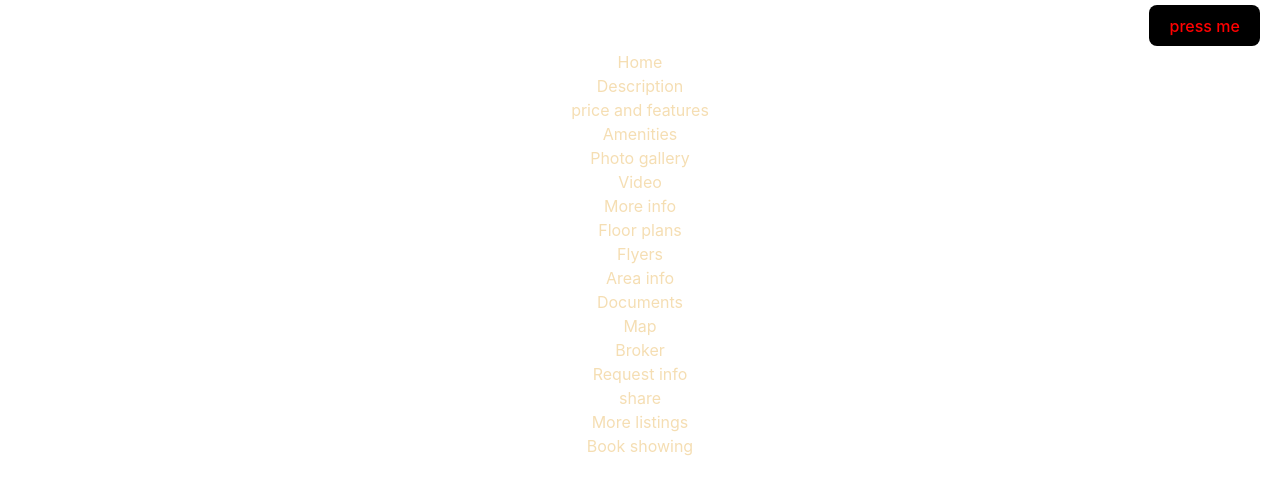
Repository: TMuse333/real-estate-landingpage
Page: /
An editor plug-in stored every save of this project. The page is shown before and after the next save, followed by the edit.
The browser window is 1280 px wide. The pictures show the whole page.
The project was rebuilt for these pictures with package versions that can differ from the ones it lists, and the page was loaded fresh each time. Also part of the build but not shown: vite.config.js.

Above is the page before, as saved 2023-09-19 16:37:52.

### src/App.jsx
import { useState } from 'react'

import './App.css'

import Navbar from './components/navbar'

function App() {


  return (
    <>
    <Navbar/>
    </>
  )
}

export default App

### src/App.css
.header-container{
  display: flex;
  justify-content: space-between;
  align-items: center;
  width: 100vw;
  position: fixed;
  top:0px;
  background-color: white;
  height: 40px;

  /* display: flex;
  justify-content: space-between;
  align-items: center;
  width: 100vw;
  position: fixed;
  top: 0px;

  height: 50px;
  z-index: -1;
  color:black; */

 }

  .nav-list{

  list-style: none;
padding: 0;
  padding-bottom: 10px;
  margin: 0;

position: absolute;
top:50px;

  color: wheat;
}

.list-container {
  position: absolute;
  top:0px;
  display: flex;
  flex-direction: column;
  align-items: center;
  text-align: center;
  color: black;
  background-color:white;
  height:50px;
  width: 100vw;
}

.nav-button{
position: relative;
  background-color: black;
z-index: 100;
  color: red;
  position: absolute;
  right:20px;
  top:5px;

}

/* @media screen and (min-width: 415px) and (min-height: 415px){
  .header-container{
    display: flex;
    justify-content: space-between;
    align-items: center;
    width: 100vw;
    position: fixed;
    top: 50px;
    background: linear-gradient(to right, #F4A460, #FF8C00);
height: max-content;
gap:10px;
   }

   .list-container {
    position: absolute;
    display: flex;
 flex-wrap: wrap;
    justify-content:space-around;
    left: 50%;
    transform: translateX(-50%);
    width: 80%;
    margin-bottom:100px;
  }

  .nav-list{
    display: flex;


    width: 100%;
  }

  .nav-button{
    display: none;
  }

  } */

### src/components/navbar.jsx
import React, { useState,useEffect } from 'react';




const Navbar = () => {
  const [subMenuVisible, setSubMenuVisible] = useState(false);

  const toggleSubMenu = () => {
    setSubMenuVisible(!subMenuVisible);
  };

  const scrollToSection = (sectionId) => {

    const element = document.getElementById(sectionId);
    if (element) {

      element.scrollIntoView({
        behavior: 'smooth', // Smooth scrolling
        block: 'start',    // Scroll to the top of the element
      });
    }
  }

  useEffect(() => {
    // Function to update sub-menu visibility when the screen width changes
    const handleResize = () => {
      const screenWidth = window.innerWidth;
      setSubMenuVisible(screenWidth >= 415); // Set subMenuVisible to true if screen width is at least 415 pixels
    };

    // Add a resize event listener to update the sub-menu visibility
    window.addEventListener('resize', handleResize);

    // Initial call to set sub-menu visibility based on current screen width
    handleResize();

    // Clean up the event listener when the component unmounts
    return () => {
      window.removeEventListener('resize', handleResize);
    };
  }, []);

  const style = {

    opacity: subMenuVisible ? 1 : 0
    ,

  };

  return (


      <div className='list-container'>
        <button onClick={toggleSubMenu} className='nav-button'>
          press me
        </button>
        <ul style={style} className='nav-list'>

          <li onClick={()=>scrollToSection('about')}>Home</li>

          <li onClick={()=>scrollToSection('description')}>Description</li>

          <li onClick={()=>scrollToSection('price')}>price and features</li>

          <li onClick={()=>scrollToSection('amenities')}>Amenities</li>

          <li onClick={()=>scrollToSection('photo-gallery')}>Photo gallery</li>

          <li onClick={()=>scrollToSection('video')}>Video</li>

          <li onClick={()=>scrollToSection('more-info')}>More info</li>

          <li onClick={()=>scrollToSection('floor-plans')}>Floor plans</li>

          <li onClick={()=>scrollToSection('flyers')}>Flyers</li>

          <li onClick={()=>scrollToSection('area-info')}>Area info</li>

          <li onClick={()=>scrollToSection('document')}>Documents</li>

          <li onClick={()=>scrollToSection('map')}>Map</li>

          <li onClick={()=>scrollToSection('broker')}>Broker</li>

          <li onClick={()=>scrollToSection('request-info')}>Request info</li>

          <li onClick={()=>scrollToSection('share')}>share</li>

          <li onClick={()=>scrollToSection('more-listings')}>More listings</li>

          <li onClick={()=>scrollToSection('book-showing')}>Book showing</li>





        </ul>
      </div>

  );
};

export default Navbar;

Loaded but not shown: index.html (common file); src/main.jsx (common file); src/index.css (common file)

After the next save:
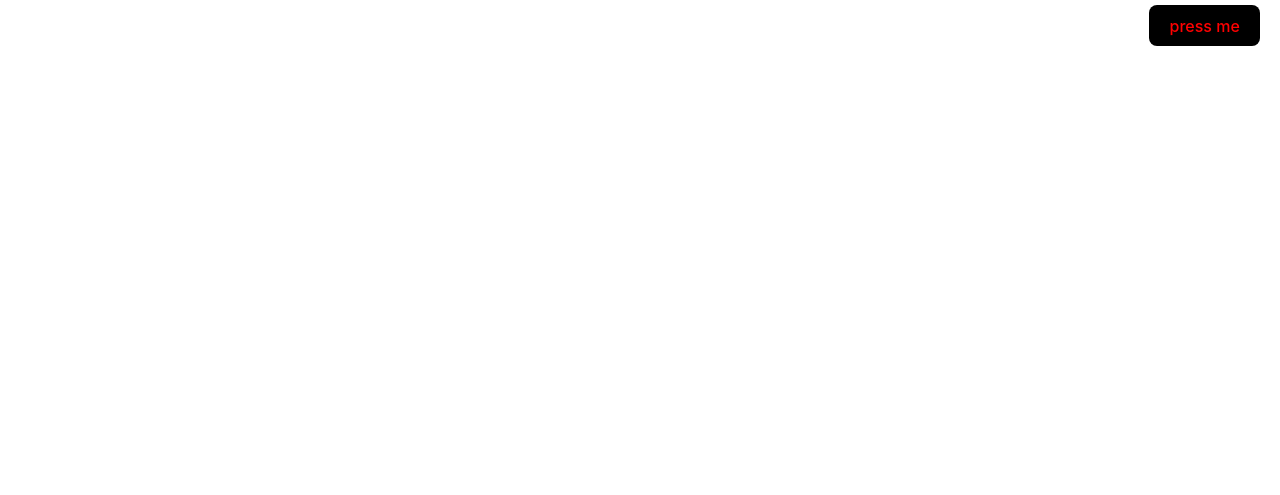
Saved 26 s later.
--- a/src/App.css
+++ b/src/App.css
@@ -31,7 +31,7 @@ padding: 0;
 position: absolute;
 top:50px;
 
-  color: wheat;
+  color: white;
 }
 
 .list-container {
